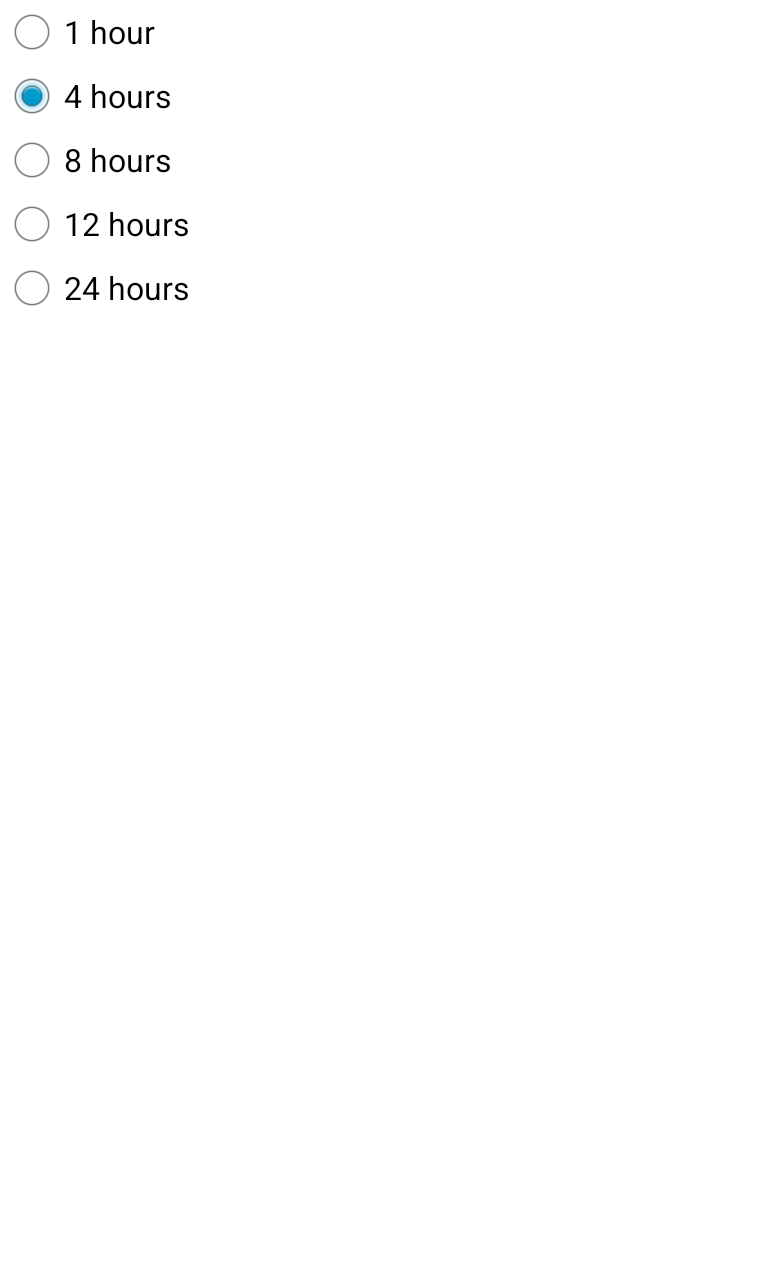
Repository: scottcaruso/MDF3_widgets_and_action_bars
Layout: PictureViewWidget/res/layout/configure_widget.xml
An editor plug-in stored every save of this project. The layout is shown before and after the next save, followed by the edit.
It is drawn on a 768 x 1280 px phone screen (xhdpi) without system bars, with theme AppTheme; the app's code is not run.

Above is the layout before, as saved 2013-09-19 07:59:14.

After the next save:
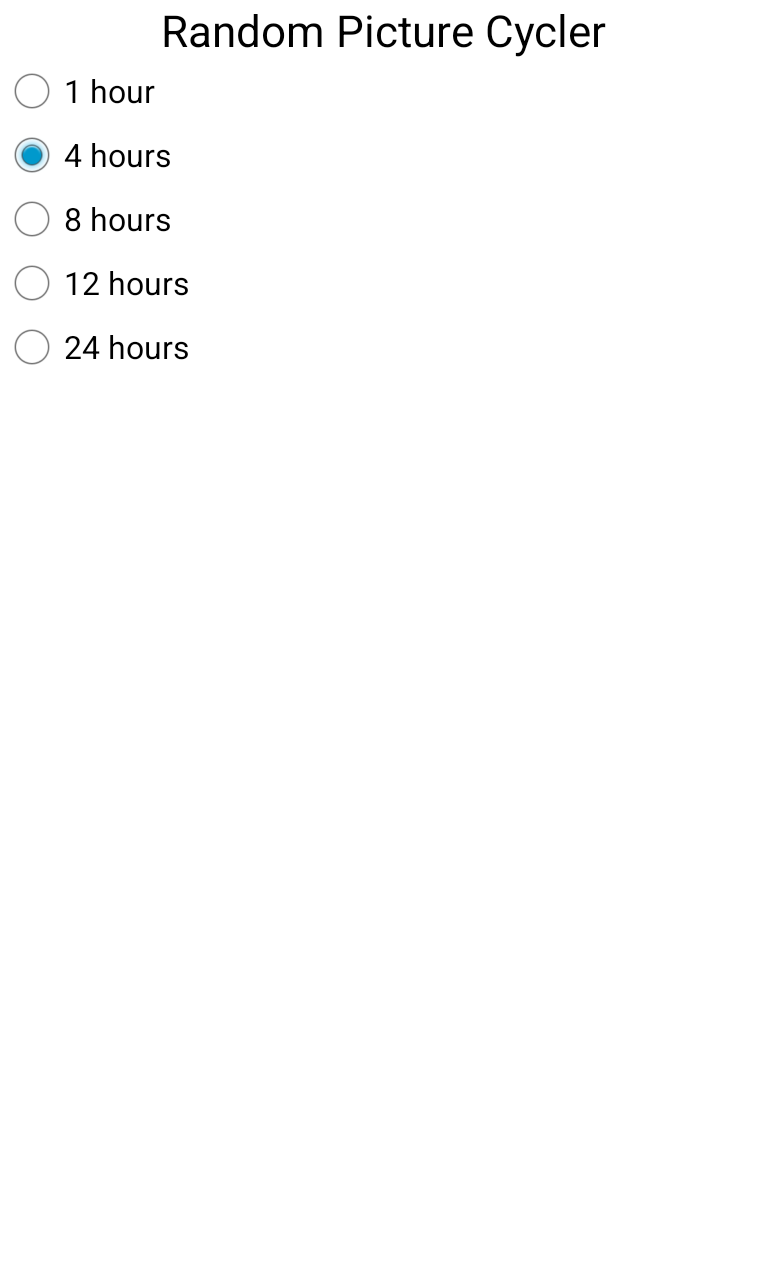
Saved 42 s later.
--- a/PictureViewWidget/res/layout/configure_widget.xml
+++ b/PictureViewWidget/res/layout/configure_widget.xml
@@ -4,7 +4,13 @@
     android:layout_height="match_parent"
     android:orientation="vertical" >
 
-
+    <TextView
+        android:id="@+id/textView1"
+        android:layout_width="wrap_content"
+        android:layout_height="wrap_content"
+        android:layout_gravity="center"
+        android:text="Random Picture Cycler"
+        android:textAppearance="?android:attr/textAppearanceLarge" />
 
     <RadioGroup
         android:id="@+id/radio_hours"
